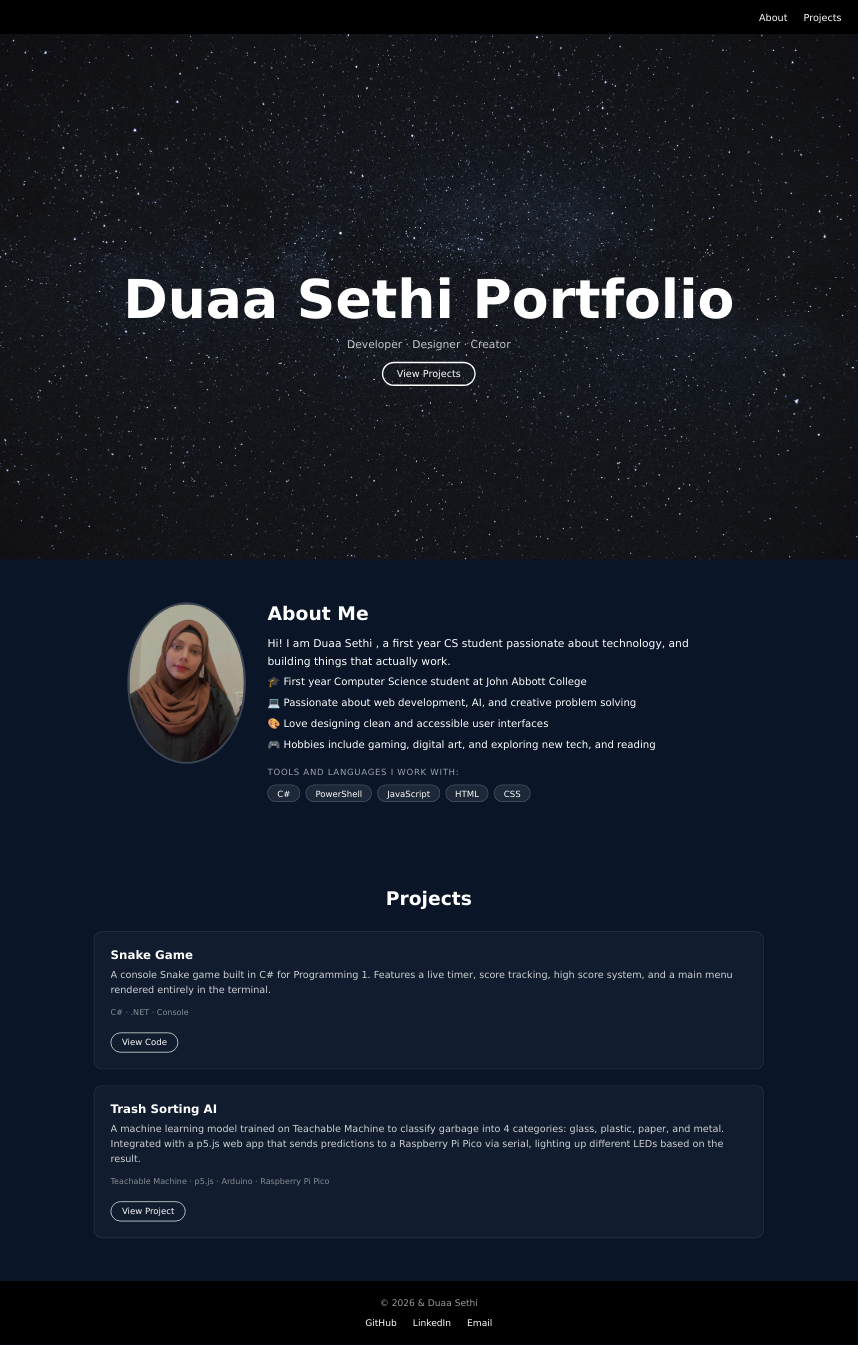
Repository: Duaa-Sethi/Duaa-Sethi
Page: index.html
These files come from the project's save history. The page is drawn as it stood at one moment and after the next save; the edit follows.
The browser window is 1280 px wide. The pictures show the whole page, at 67% of full size.
Some web fonts or font styles are not loaded; a fallback is used.

Above is the page before, as saved 2026-05-04 17:50:19.

After the next save:
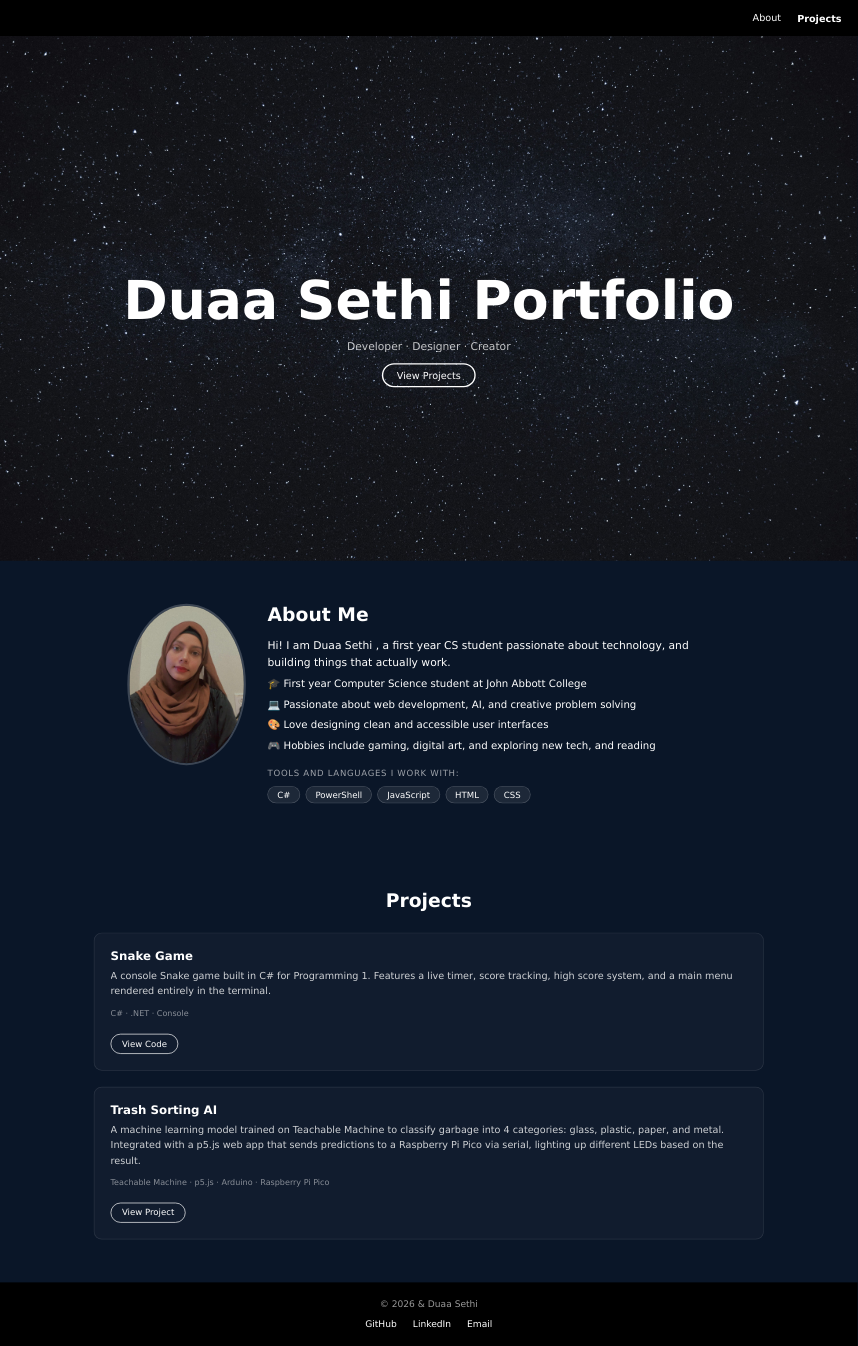
Saved 3 min 20 s later.
--- a/index.html
+++ b/index.html
@@ -11,8 +11,8 @@
     <!-- NAV -->
     <nav>
       <ul>
-        <li><a href="#about">About</a></li>
-        <li><a href="#projects">Projects</a></li>
+       <li><h3></h3><a href="#about">About</h3></a></li>
+        <li><h3><a href="#projects">Projects</h3></a></li>
       </ul>
     </nav>
 

After the save that followed:
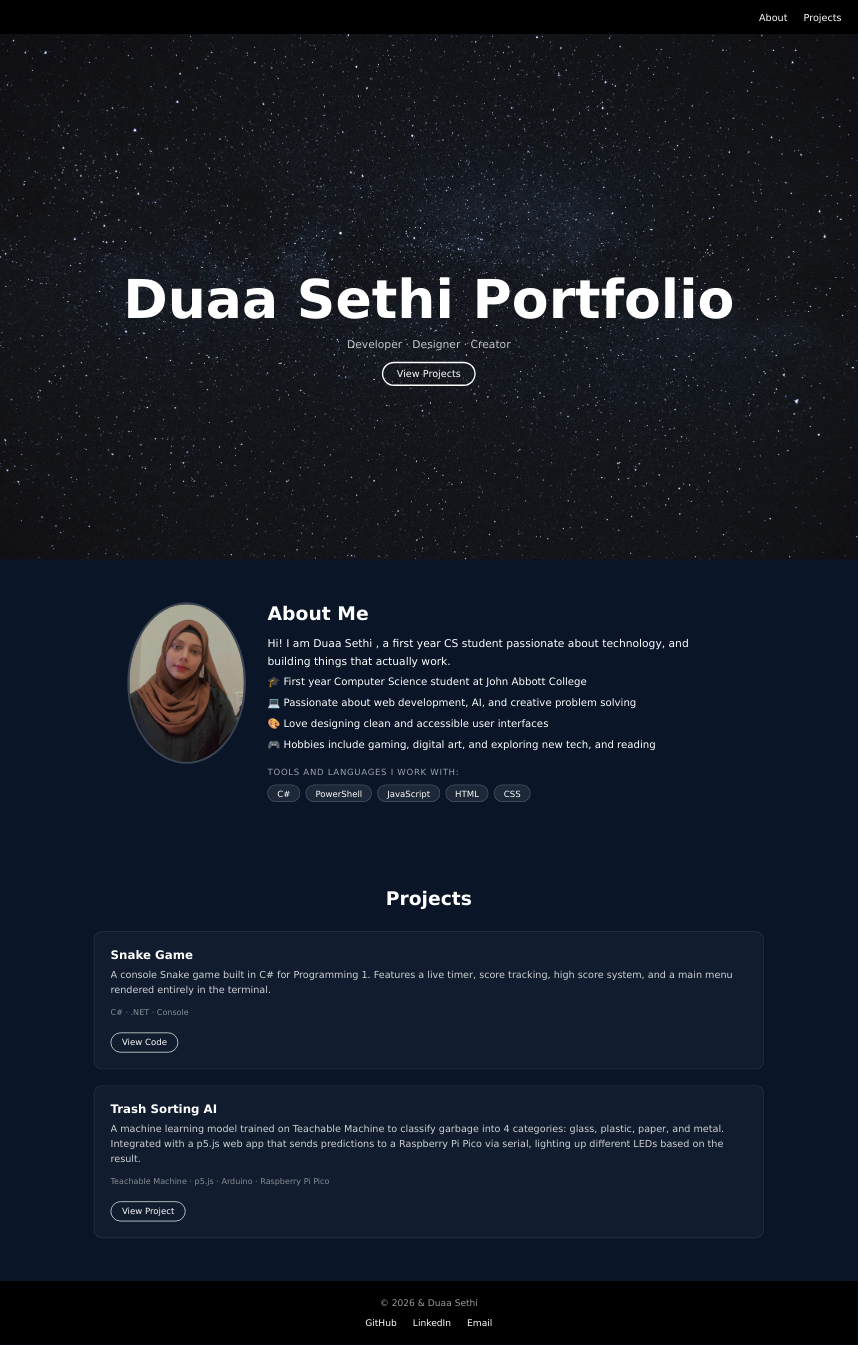
Saved 88 s later.
--- a/index.html
+++ b/index.html
@@ -11,8 +11,8 @@
     <!-- NAV -->
     <nav>
       <ul>
-       <li><h3></h3><a href="#about">About</h3></a></li>
-        <li><h3><a href="#projects">Projects</h3></a></li>
+        <li><a href="#about">About</a></li>
+        <li><a href="#projects">Projects</a></li>
       </ul>
     </nav>
 
